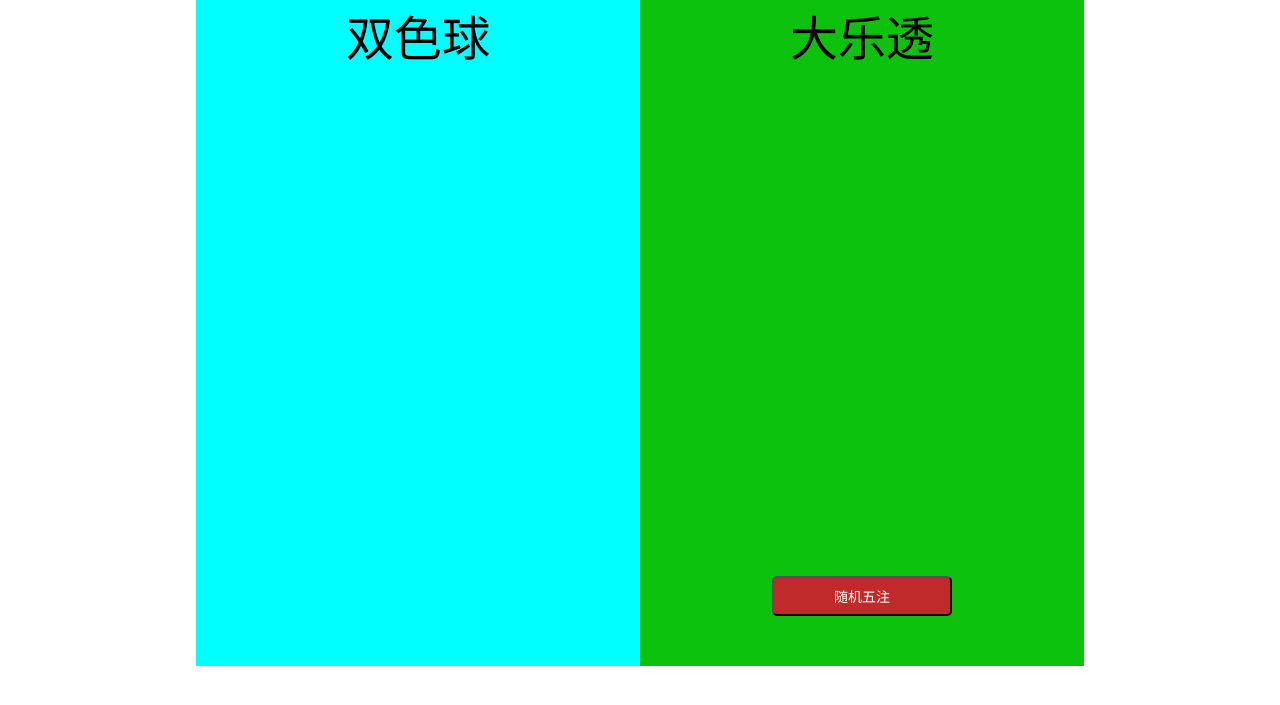
Repository: yz1181214391/caipiao-demo
Page: Cp.html
These files come from the project's save history. The page is drawn as it stood at one moment and after the next save; the edit follows.
The browser window is 1280 px wide. The pictures show the whole page.

Above is the page before, as saved 2020-12-14 11:05:45.

### Cp.html
<!DOCTYPE html>
<html lang="en">
<head>
    <meta charset="UTF-8">
    <meta name="viewport" content="width=device-width, initial-scale=1.0">
    <title>彩票</title>
</head>
<style type="text/css">
    html,body {margin: 0;padding: 0;height: 100%;width: 100%;}
    a {text-decoration: none;}
    body,div,dl,dt,dd,ul,ol,li,h1,h2,h3,h4,h5,h6,pre,form,fieldset,input,textarea,p,blockquote,th,td {margin: 0;padding: 0;}
    table {border-collapse: collapse;border-spacing: 0;}
    fieldset,img {border: 0;}
    address,caption,cite,code,dfn,em,strong,th,var {font-style: normal;font-weight: normal;}
    ol,ul {list-style: none;}
    caption,th {text-align: left;}
    h1,h2,h3,h4,h5,h6 {font-size: 100%;font-weight: normal;}
    q:before,q:after {content: '';}
    abbr,acronym {border: 0;}
    body{
        font-family: "Chinese Quote", -apple-system, BlinkMacSystemFont, "Segoe UI", "PingFang SC", "Hiragino Sans GB", "Microsoft YaHei", "Helvetica Neue", Helvetica, Arial, sans-serif, "Apple Color Emoji", "Segoe UI Emoji", "Segoe UI Symbol";
    }

    .box{
        margin: 0 auto;
        width: 888px;
        height: 666px;
        display: flex;
        flex-direction: row;
    }
    .cp-flex{
        display: flex;
        flex-direction: column;
        align-items: center;
    }
    .cp-font{
        font-size: 48px;
        font-family: "Times New Roman", Times, serif;
    }
    .ssq-box{
        width: 100%;
        background-color: aqua;
    }
    .dlt-box{
        width: 100%;
        background-color: rgb(13, 194, 13);
    }

    .content {
        height: 66%;
        padding-top: 66px;
        text-align: center;
    }
    .context {
        margin: 20px 0;
    }
    .context span {
        display: inline-block;
        width: 30px;
        height: 30px;
        line-height: 30px;
        font-size: 14px;
        border-radius: 50%;
        color: #fff;
        background: rgba(192, 42, 42, 1);
        margin-right: 15px;
    }
    .context span:nth-child(5) {
        margin-right: 30px;
    }
    .context span:nth-child(7) {
        margin-right: 0;
    }
    .context span:nth-child(6),.context span:nth-child(7) {
        background: rgba(47, 40, 153, 1);
    }
    .button {
        width: 100%;
    }
    .button input {
        width: 180px;
        height: 40px;
        line-height: 40px;
        display: block;
        margin: 0 auto;
        background: rgba(192, 42, 42, 1);
        color: #fff;
        font: normal 400 14px '微软雅黑';
        border-radius: 5px;
        outline: none;
    }
</style>
<body>
    <div class="box">
        <div class="ssq-box cp-flex">
            <h1 class="cp-font">双色球</h1>
        </div>
        <div class="dlt-box cp-flex">
            <h3 class="cp-font">大乐透</h3>
            <div class="content"></div>
            <div class="button">
                <input type="button" value="随机五注" onclick="fiveNumStr()">
            </div>
        </div>
    </div>
</body>
<script>
    // 定义 randomNumber方法, 随机输出数组
    function randomNumber(num) {
      // 定义 strArr方法, 生成数组
      function strArr(num) {
          var numberAarry = []
          for (var i = 0; i < num; i++) {
              numberAarry[i] = i + 1
          }
          return numberAarry
      }
      // 获得数组
      var numberAarry = strArr(num)
      // 将数组元素随机排序
      numberAarry.sort(function () {
          return 0.5 - Math.random()
      })
      // 小于10，前面加0
      for (var i = 0; i < numberAarry.length; i++) {
          if (numberAarry[i] < 10) {
              numberAarry[i] = '0' + numberAarry[i]
          } else {
              numberAarry[i] = String(numberAarry[i])
          }
      }
      return numberAarry
  }

    // 用 fiveIsClick 限制用户频繁点击按钮
    var fiveIsClick = true
  function fiveNumStr() {
      if (fiveIsClick) {
          // 设为false, 不可再次点击
          fiveIsClick = false
          var content = document.getElementsByClassName('content')[0]
          var innerText = content.getElementsByClassName('context')
          var ulNode = content.getElementsByTagName('ul')[0]
          // 先删除已创建的ul及其字节点, 再新增
          // 为什么要删除再添加节点呢, 是因为不增删节点只改变数字虽然渲染更快, 但是区别太小, 失去了动态效果
          // 当然, 如果你不需要删除再添加节点也行, 以下代码稍改动一下就好了
          if (ulNode) {
              content.removeChild(ulNode)
          }
          var ul = document.createElement('ul')
          // 用ul节点长度判断是否存在ul
          var ulLength = content.getElementsByTagName('ul').length
          var index = 0
          // 计时器，每隔0.5秒新增一组
          var interval = setInterval(function() {
              index ++
              if (ulLength < 1) {
                  var li = document.createElement('li')
                  li.setAttribute('class','context')
                  ul.appendChild(li)
                  content.appendChild(ul)
                  // 遍历li节点
                  var context = document.getElementsByClassName('context')[index - 1]
                  // 得到顺序被打乱的前区35个数字数组
                  var randomLeft = randomNumber(35)
                  // 大乐透前区数组
                  var leftNum = [randomLeft[0], randomLeft[1], randomLeft[2], randomLeft[3], randomLeft[4]]
                  // 从小到大排序
                  leftNum.sort(function (a, b) {
                      return a - b
                  })
                  // 得到顺序被打乱的后区12个数字数组
                  var randomRight = randomNumber(12)
                  // 大乐透后区数组
                  var rightNum = [randomRight[0], randomRight[1]]
                  rightNum.sort(function (a, b) {
                      return a - b // 从小到大排序
                  })
                  // 节点模版，用于给每个球添加样式
                  var spanNode = "<span>" + leftNum[0] + "</span>" + "<span>" + leftNum[1] + "</span>" + "<span>" + leftNum[2] + "</span>"
                      + "<span>" + leftNum[3] + "</span>" + "<span>" + leftNum[4] + "</span>" + "<span>" + rightNum[0] + "</span>" + "<span>" + rightNum[1] + "</span>"
                  // 节点已添加，再添加spanNode节点模版
                  context.innerHTML = spanNode
                  // li节点数量达到5个，就停止计时器
                  if (index >= 5) {
                      clearInterval(interval)
                  }
              }
          }, 500)
          // 阻止按钮重复点击，间隔3秒
          setTimeout(function() {
              fiveIsClick = true
          }, 3000)
      }
  }
</script>
</html>

After the next save:
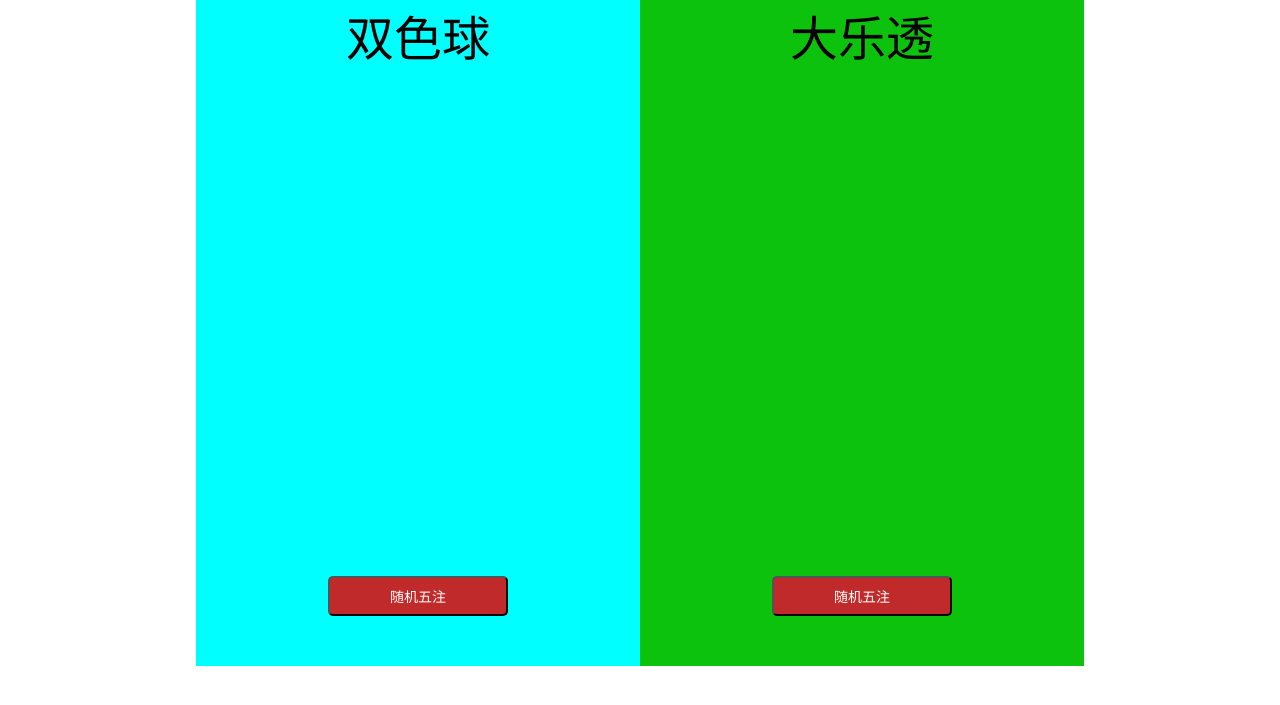
Saved 55 s later.
--- a/Cp.html
+++ b/Cp.html
@@ -93,7 +93,11 @@
 <body>
     <div class="box">
         <div class="ssq-box cp-flex">
-            <h1 class="cp-font">双色球</h1>
+            <h3 class="cp-font">双色球</h3>
+            <div class="content"></div>
+            <div class="button">
+                <input type="button" value="随机五注" onclick="fiveNumStr()">
+            </div>
         </div>
         <div class="dlt-box cp-flex">
             <h3 class="cp-font">大乐透</h3>
